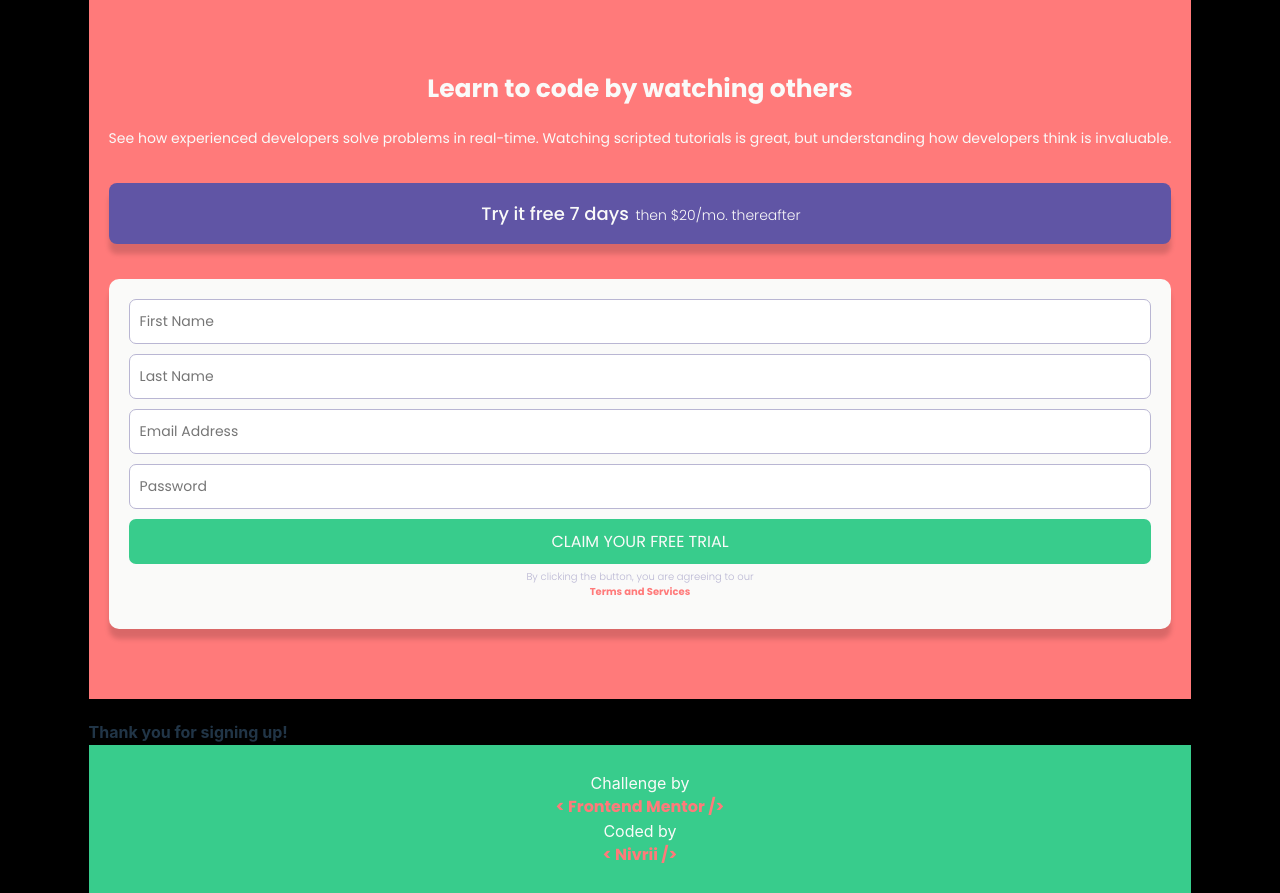
Repository: nivrii/intro-component-with-signup
Page: /
An editor plug-in stored every save of this project. The page is shown before and after the next save, followed by the edit.
The browser window is 1280 px wide. The pictures show the whole page.
The project was rebuilt for these pictures with package versions that can differ from the ones it lists, and the page was loaded fresh each time. Also part of the build but not shown: vite.config.js.

Above is the page before, as saved 2023-10-14 02:00:33.

After the next save:
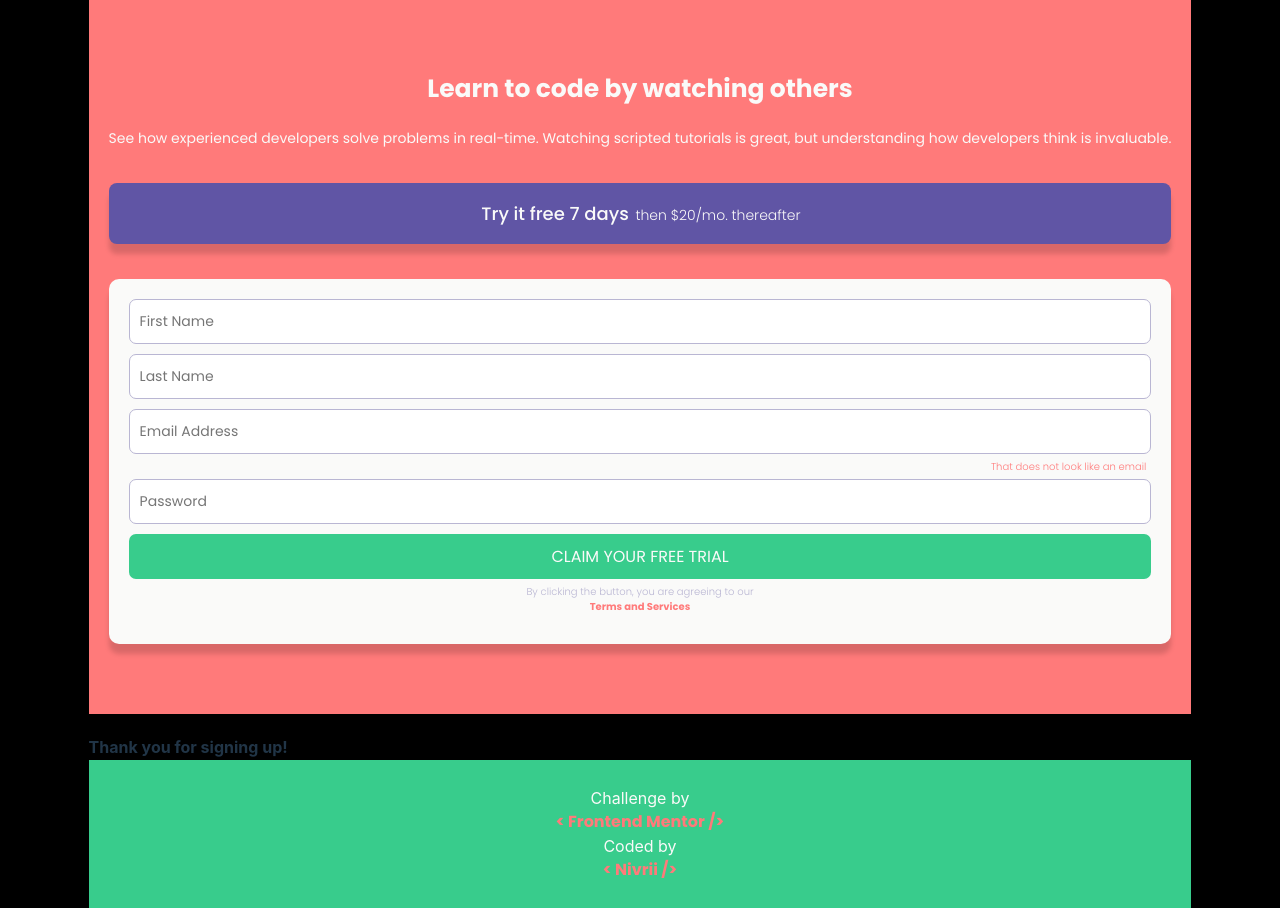
Saved 9 min 45 s later.
--- a/src/Form/Form.css
+++ b/src/Form/Form.css
@@ -29,10 +29,7 @@
       display: flex;
       justify-content: flex-end;
       align-items: center;
-      & .err{
-        display: none;
-      }
-      & .open {
+      & .err {
         display: block;
         color: var(--red);
         border-radius: 7px;

After the save that followed:
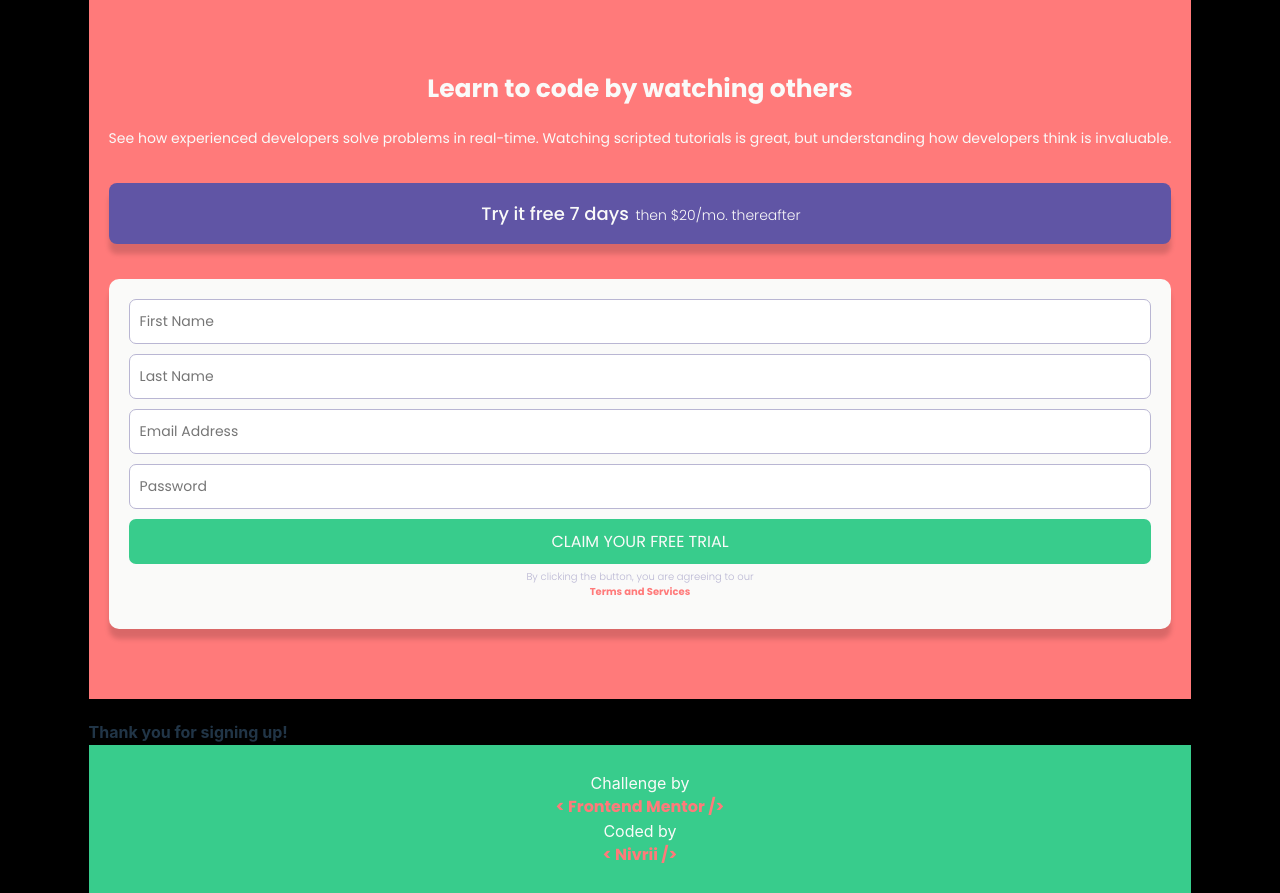
Saved 87 s later.
--- a/src/Form/Form.css
+++ b/src/Form/Form.css
@@ -40,6 +40,9 @@
         font-size: 10px;
         font-family: "Poppins-light", sans-serif;
       }
+      & .miss-email{
+        display: none;
+      }
     }
   }
   & .btn {
